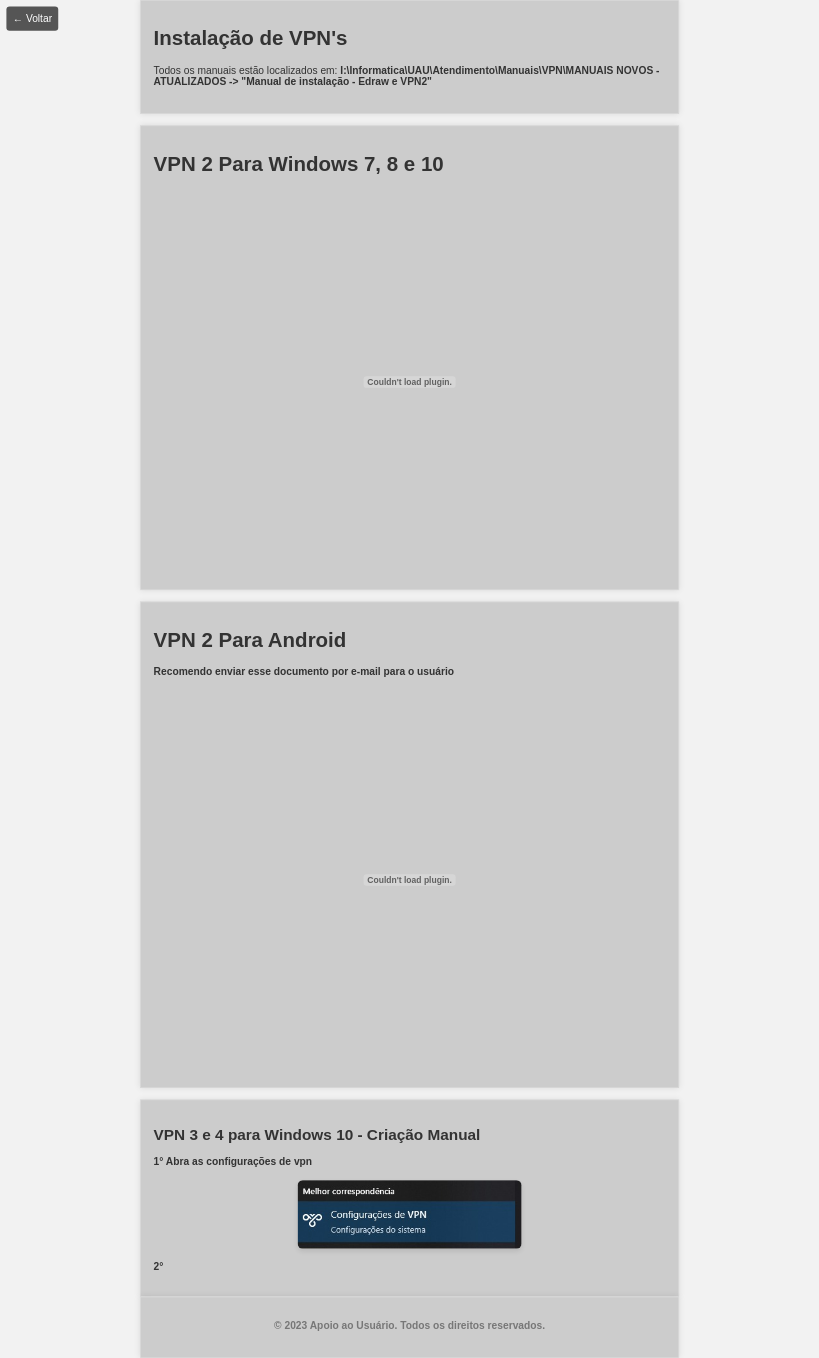
Repository: I4guito/dicasdez
Page: Dicas site/Dicas/configvpn.html
These files come from the project's save history. The page is drawn as it stood at one moment and after the next save; the edit follows.
The browser window is 1280 px wide. The pictures show the whole page, at 64% of full size.

Above is the page before, as saved 2023-11-29 14:43:21.

### Dicas site/Dicas/configvpn.html
<!DOCTYPE html>
<html lang="pt-br">
<head>
    <meta charset="UTF-8">
    <meta name="viewport" content="width=device-width, initial-scale=1.0">
    <link rel="stylesheet" href="padrao.css">
    <script src="/Dicas site/script.js"></script>
    <title>VPN Install</title>
</head>
<body>
    <div class="container">
        <header>
        <a href="javascript:history.back()" class="voltar-btn">&#8592; Voltar</a>
            <h1>Instalação de VPN's</h1>
            <p>Todos os manuais estão localizados em: <b> I:\Informatica\UAU\Atendimento\Manuais\VPN\MANUAIS NOVOS - ATUALIZADOS -> "Manual de instalação - Edraw e VPN2"

            </p>
        </header>
    </div><br>

    <div class="container">
        <h1>VPN 2 Para Windows 7, 8 e 10 </h1>
        <embed src="/Dicas site/Dicas/Amendoim Imagens/Manual de Instalação - VPN2.pdf" type="application/pdf" width="100%" height="600px" />


    </div><br>

    <div class="container">
        <h1>VPN 2 Para Android </h1>
        <p>Recomendo enviar esse documento por e-mail para o usuário</p>
        <embed src="/Dicas site/Dicas/Amendoim Imagens/VPN2(Android)_Nova.pdf" type="application/pdf" width="100%" height="600px" />


    </div><br>

    <div class="container" onclick="toggleSize(this)">
        <h2>VPN 3 e 4 para Windows 10 - Criação Manual</h2>

        <p>1° Abra as configurações de vpn</p>
        <label class="image-zoom">
            <input type="checkbox">

            <img src="/Dicas site/Dicas/vpn images/confvpn.jpeg" alt="Imagem">
        </label>
        <p>2° </p>
    </div>



    <div class="container">
        <footer>
            <p>&copy; 2023 Apoio ao Usuário. Todos os direitos reservados.</p>
        </footer>
    </div>

    <script>

    </script>
</body>
</html>

### Dicas site/Dicas/padrao.css
body {
    font-family: 'Arial', sans-serif;
    margin: 0;
    padding: 0;
    background-color: #f2f2f2;
    color:#fff
}

.container {
    max-width: 800px;
    margin: 0 auto;
    background-color: #ccc;
    padding: 20px;
    box-shadow: 0 0 10px rgba(0, 0, 0, 0.1);
    border: 1px solid #ddd;
    color: #333;
}

header, section, footer {
    margin-bottom: 20px;
}

header h1, section h2 {
    color: #333;
}

ul {
    list-style: none;
    padding: 0;
}

li {
    margin-bottom: 10px;
}

footer {
    text-align: center;
    color: #777;
}

.voltar-btn {
    position: absolute;
    left: 10px;
    top: 10px;
    text-decoration: none;
    color: #fff;
    font-size: 16px;
    padding: 10px;
    background-color: #555;
    border: none;
    border-radius: 5px;
    cursor: pointer;
    transition: background-color 0.3s;
}

.voltar-btn:hover {
    background-color: #777;
}

img {

    margin-inline: 5cm;
    max-width: 100%;
    border-radius: 3%;
}

.link-instrucoes {
    font-family:cursive;
    width: 50px;
    left: 10px;
    text-decoration: none;
    color: #fff;
    font-size: 25px;
    padding: 3px;
    background-color: #555;
    border: none;
    border-radius: 10px;
    cursor: pointer;
    transition:  background-color 0.3s;
}

.link-instrucoes:hover {
    background-color:#777
}

.step {
    max-width: 800px;
    margin: 0 auto;
    background-color: #333;
    padding: 20px;
    box-shadow: 0 0 10px rgba(0, 0, 0, 0.1);
    border: 1px solid #ddd;
    color: #333;
    margin-bottom: 40px;
    padding: 20px;
    border-radius: 8px;
    box-shadow: 0 4px 8px rgba(0, 0, 0, 0.1);
}



.container img {
    display: block;
    max-width: 35%;
    height: auto;
    display: block;
    margin: 20px auto;
    border-radius: 8px;
    box-shadow: 0 4px 8px rgba(0, 0, 0, 0.1);


}

.image-zoom input[type="checkbox"] {
    display: none;
}

.image-zoom img {
    max-width: 100%;
    height: auto;
    cursor: pointer;
    transition: transform 0.3s ease-in-out;
}

.image-zoom input[type="checkbox"]:checked + img {
    transform: scale(1.5);
}

### Dicas site/script.js
function filterItems() {
    var searchBar = document.getElementById('searchBar');
    var filter = searchBar.value.toUpperCase();

    var columns = document.getElementsByClassName('column');
    for (var i = 0; i < columns.length; i++) {
        var boxes = columns[i].getElementsByClassName('box');
        for (var j = 0; j < boxes.length; j++) {
            var item = boxes[j];
            var textValue = item.textContent || item.innerText;
            if (textValue.toUpperCase().indexOf(filter) > -1) {
                item.style.display = "";
            } else {
                item.style.display = "none";
            }
        }
    }
}

function openPage(pageName) {
    window.location.href = pageName + '.html';
}

const isOpera = navigator.userAgent.indexOf("OPR") > -1;

if (isOpera) {
    document.addEventListener("DOMContentLoaded", function () {
        const containers = document.querySelectorAll(".container");
        containers.forEach(function (container) {
            container.style.backgroundColor = "#005c4b";
            container.style.color = "#333";
        });
    });
}

After the next save:
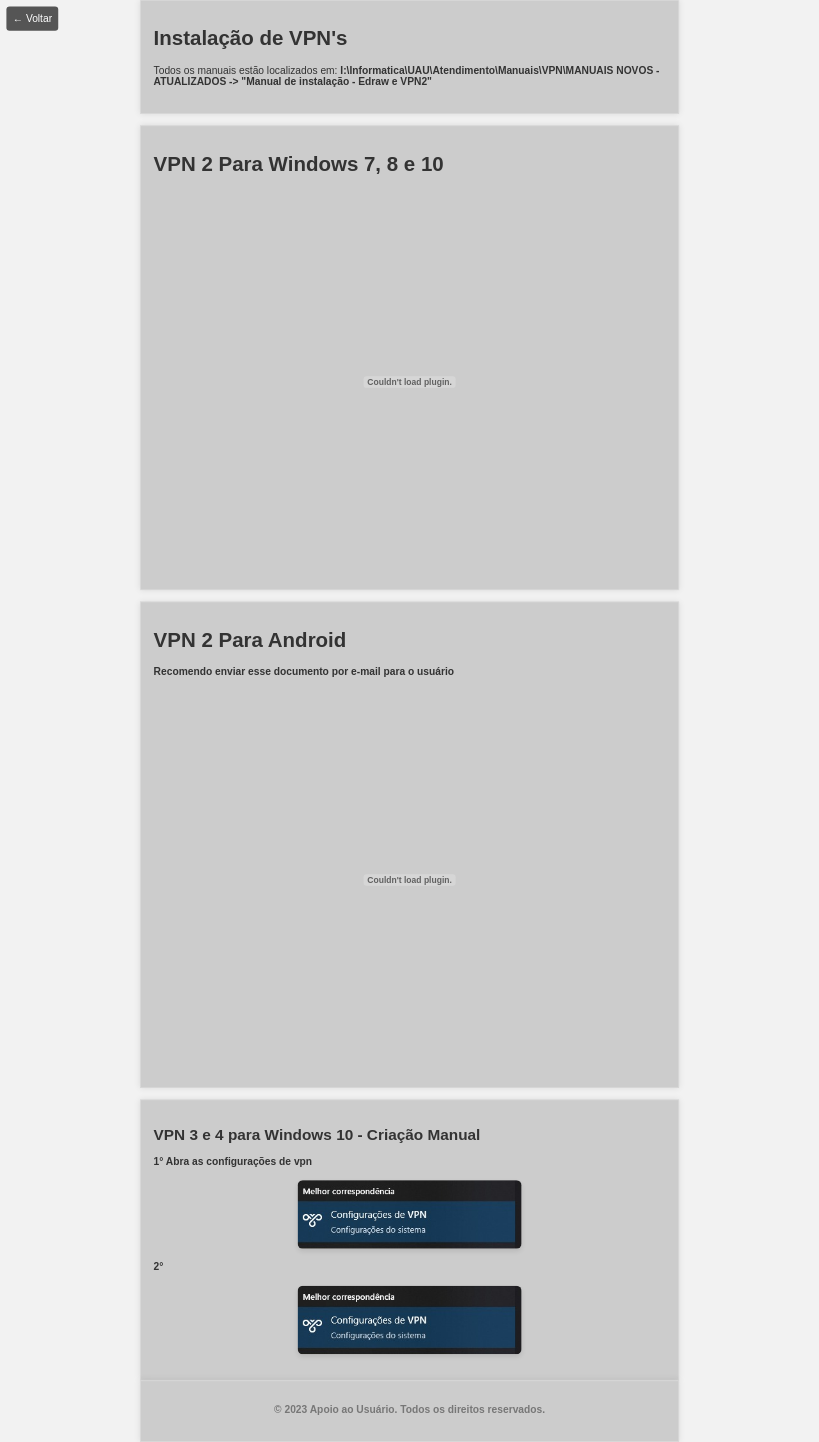
Saved 16 s later.
--- a/Dicas site/Dicas/configvpn.html
+++ b/Dicas site/Dicas/configvpn.html
@@ -43,6 +43,13 @@
             <img src="/Dicas site/Dicas/vpn images/confvpn.jpeg" alt="Imagem">
         </label>
         <p>2° </p>
+        <label class="image-zoom">
+            <input type="checkbox">
+
+            <img src="/Dicas site/Dicas/vpn images/confvpn.jpeg" alt="Imagem">
+        </label>
+
+
     </div>
 
 
